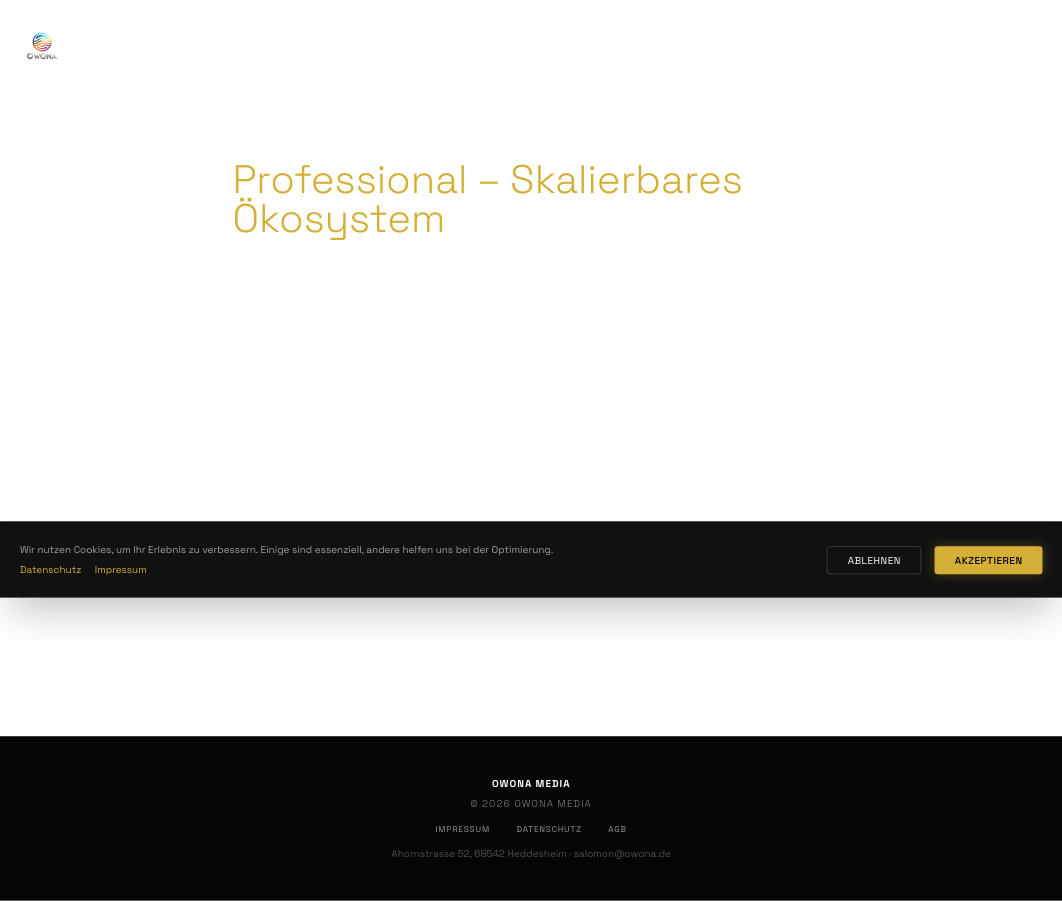
Repository: OwonaMedia/OMedia
Page: /produkte/pro
These files come from the project's save history. The page is drawn as it stood at one moment and after the next save; the edit follows.
The browser window is 1280 px wide. The pictures show the whole page, at 83% of full size.
The project was rebuilt for these pictures with package versions that can differ from the ones it lists, and the page was loaded fresh each time. Also part of the build but not shown: src/pages/Home.tsx, src/pages/Login.tsx, src/pages/dashboard/Overview.tsx, src/pages/dashboard/Projects.tsx, src/pages/dashboard/Invoices.tsx, src/pages/dashboard/Files.tsx, src/pages/dashboard/Settings.tsx, src/pages/Dashboard.tsx and 7 more. Imported but missing from the stored project, and not drawn on this page: src/pages/legal/AGB, src/pages/legal/Datenschutz, src/pages/legal/Impressum.

Above is the page before, as saved 2026-01-20 18:04:28.

### index.html
<!doctype html>
<html lang="de">
  <head>
    <meta charset="UTF-8" />
    <meta name="viewport" content="width=device-width, initial-scale=1.0" />
    <title>Owona Media</title>
    <meta name="description" content="Owona Media - Webentwicklung & Digital Solutions">
    <link rel="icon" type="image/png" href="/src/assets/favcon.png" />
    <link href="https://fonts.googleapis.com/css2?family=Space+Grotesk:wght@300;400;500;600;700&display=swap" rel="stylesheet">
  </head>
  <body>
    <div id="root"></div>
    <script type="module" src="/src/main.tsx"></script>
  </body>
</html>

### src/main.tsx

import React from 'react'
import ReactDOM from 'react-dom/client'
import { BrowserRouter } from 'react-router-dom'
import App from './App'
import './index.css'
import { TranslationProvider } from './TranslationContext';

ReactDOM.createRoot(document.getElementById('root')!).render(
  <React.StrictMode>
    <TranslationProvider>
      <BrowserRouter>
        <App />
      </BrowserRouter>
    </TranslationProvider>
  </React.StrictMode>,
)

### src/App.tsx
import { Routes, Route, useLocation } from 'react-router-dom';
import { useEffect } from 'react';
import Layout from './components/layout/Layout';
import Home from './pages/Home';
import Impressum from './pages/legal/Impressum';
import Datenschutz from './pages/legal/Datenschutz';
import AGB from './pages/legal/AGB';
import Login from './pages/Login';
import Dashboard from './pages/Dashboard';
import Produkte from './pages/Produkte';
import ProductStarter from './pages/ProductStarter';
import ProductPro from './pages/ProductPro';
import ProductEnterprise from './pages/ProductEnterprise';
import Abo from './pages/Abo';
import Ueber from './pages/Ueber';
import Kontakt from './pages/Kontakt';
import Blog from './pages/Blog';
import { TranslationProvider } from './TranslationContext';

function ScrollToTop() {
  const { pathname } = useLocation();
  useEffect(() => {
    window.scrollTo(0, 0);
  }, [pathname]);
  return null;
}

export default function App() {
  const location = useLocation();
  // Dashboard gets its own layout, all others use Layout
  const isDashboard = location.pathname.startsWith('/dashboard');

  return (
    <TranslationProvider>
      <ScrollToTop />
      <Routes>
        {/* All main pages wrapped in Layout for consistent Header/Footer/CookieBanner */}
        <Route path="/" element={<Layout><Home /></Layout>} />
        <Route path="/impressum" element={<Impressum />} />
        <Route path="/datenschutz" element={<Datenschutz />} />
        <Route path="/agb" element={<AGB />} />
        <Route path="/produkte" element={<Layout darkBg={false}><Produkte /></Layout>} />
        <Route path="/produkte/starter" element={<Layout darkBg={false}><ProductStarter /></Layout>} />
        <Route path="/produkte/pro" element={<Layout darkBg={false}><ProductPro /></Layout>} />
        <Route path="/produkte/enterprise" element={<Layout darkBg={false}><ProductEnterprise /></Layout>} />
        <Route path="/abo" element={<Layout darkBg={false}><Abo /></Layout>} />
        <Route path="/ueber" element={<Layout darkBg={false}><Ueber /></Layout>} />
        <Route path="/kontakt" element={<Layout darkBg={false}><Kontakt /></Layout>} />
        <Route path="/blog" element={<Layout darkBg={false}><Blog /></Layout>} />
        {/* Login and Dashboard can use their own layout or be standalone */}
        <Route path="/login" element={<Login />} />
        <Route path="/dashboard/*" element={<Layout darkBg={false}><Dashboard /></Layout>} />
      </Routes>
    </TranslationProvider>
  );
}

### src/index.css
@import "tailwindcss";


html {
  scroll-behavior: smooth;
}

body {
  background: #000;
  overflow-x: hidden;
  font-family: 'Space Grotesk', sans-serif;
}

/* Custom Cursor */
.cursor-custom {
  width: 20px;
  height: 20px;
  border: 1px solid rgba(212, 175, 55, 0.5);
  border-radius: 50%;
  position: fixed;
  pointer-events: none;
  z-index: 9999;
  transition: transform 0.1s ease, width 0.3s ease, height 0.3s ease;
  mix-blend-mode: difference;
  transform: translate(-50%, -50%);
}

/* Stars Background */
.stars {
  position: fixed;
  inset: 0;
  pointer-events: none;
  background-image:
    radial-gradient(1px 1px at 20px 30px, rgba(255,255,255,0.2), transparent),
    radial-gradient(1.5px 1.5px at 100px 100px, rgba(212, 175, 55, 0.1), transparent),
    radial-gradient(1px 1px at 200px 300px, rgba(255,255,255,0.1), transparent);
  background-size: 400px 400px;
  opacity: 0.5;
}

/* Hamburger Button */
.hamburger {
  position: fixed;
  top: 24px;
  right: 32px;
  z-index: 120;
  display: flex;
  flex-direction: column;
  justify-content: space-between;
  width: 32px;
  height: 24px;
  cursor: pointer !important;
  transition: transform 0.3s;
}

.hamburger span {
  display: block;
  height: 4px;
  width: 100%;
  background: white;
  border-radius: 2px;
  transition: all 0.3s ease;
  transform-origin: center;
}

.hamburger.active span:nth-child(1) {
  transform: translateY(10px) rotate(45deg);
}

.hamburger.active span:nth-child(2) {
  opacity: 0;
}

.hamburger.active span:nth-child(3) {
  transform: translateY(-10px) rotate(-45deg);
}

/* Menu Overlay */
.menu-overlay {
  position: fixed;
  inset: 0;
  background: rgba(0, 0, 0, 0.7);
  backdrop-filter: blur(4px);
  z-index: 110;
  opacity: 0;
  pointer-events: none;
  transition: opacity 0.3s;
}

.menu-overlay.show {
  opacity: 1;
  pointer-events: auto;
}

/* Sidebar Menu */
.sidebar-menu {
  position: fixed;
  top: 16px;
  right: 16px;
  width: auto;
  min-width: 250px;
  max-width: 320px;
  background: #111;
  z-index: 130;
  padding: 32px;
  transform: translateX(calc(100% + 20px));
  transition: transform 0.3s ease;
  border-radius: 12px;
  border: 1px solid rgba(255, 255, 255, 0.1);
  box-shadow: 0 8px 32px rgba(0, 0, 0, 0.5);
}

.sidebar-menu.open {
  transform: translateX(0);
}

/* Reveal animations */
.reveal {
  opacity: 0;
  transform: translateY(40px);
  transition: all 1.2s cubic-bezier(0.16, 1, 0.3, 1);
}

.reveal.visible {
  opacity: 1;
  transform: translateY(0);
}

/* Product Card */
.product-card {
  background: rgba(255,255,255,0.01);
  border: 1px solid rgba(255,255,255,0.05);
  transition: all 0.6s cubic-bezier(0.16, 1, 0.3, 1);
  position: relative;
  overflow: hidden;
}

.product-card:hover {
  border-color: rgba(212, 175, 55, 0.3);
  background: rgba(212, 175, 55, 0.02);
  transform: translateY(-5px);
}

/* Detail Overlay */
.detail-overlay {
  position: fixed;
  inset: 0;
  background: #000;
  z-index: 100;
  opacity: 0;
  transition: opacity 0.5s ease;
  overflow-y: auto;
  padding: 4rem 2rem;
  pointer-events: none;
}

.detail-overlay.active {
  opacity: 1;
  pointer-events: auto;
}

/* Scrollbar */
::-webkit-scrollbar { width: 3px; }
::-webkit-scrollbar-track { background: #000; }
::-webkit-scrollbar-thumb { background: #D4AF37; }

### src/TranslationContext.tsx
import React, { createContext, useContext, useState, useEffect, ReactNode } from 'react';
import { translations } from './translations';

type Language = 'de' | 'en' | 'fr' | 'sw';

interface TranslationContextProps {
  lang: Language;
  setLang: (lang: Language) => void;
  t: (key: string) => string;
}

const TranslationContext = createContext<TranslationContextProps | undefined>(undefined);

export const TranslationProvider = ({ children }: { children: ReactNode }) => {
  const [lang, setLangState] = useState<Language>(() => {
    const stored = localStorage.getItem('lang') as Language;
    return stored || 'de';
  });

  useEffect(() => {
    localStorage.setItem('lang', lang);
  }, [lang]);


  const setLang = (newLang: Language) => {
    if (['de', 'en', 'fr', 'sw'].includes(newLang)) {
      setLangState(newLang);
    } else {
      console.warn(`Unknown language: ${newLang}`);
    }
  }

  const t = (key: string) => {
    console.log(`t() aufgerufen mit Key: '${key}', Sprache: '${lang}'`);
    const dict = translations[lang] || {};
    console.log('Verfügbare Keys für aktuelle Sprache:', Object.keys(dict));
    if (dict[key]) return dict[key];
    // Kein Fallback, sondern Key anzeigen
    console.warn(`Key '${key}' nicht gefunden in Sprache '${lang}'.`);
    return key;
  }

  return (
    <TranslationContext.Provider value={{ lang, setLang, t }}>
      {children}
    </TranslationContext.Provider>
  );
};

export function useTranslation() {
  const context = useContext(TranslationContext);
  if (!context) {
    throw new Error('useTranslation must be used within a TranslationProvider');
  }
  return context;
}

### src/components/layout/Layout.tsx
import { ReactNode } from 'react';
import Header from './Header';
import Footer from './Footer';
import CookieBanner from './CookieBanner';
import CustomCursor from '../ui/CustomCursor';

interface LayoutProps {
  children: ReactNode;
  darkBg?: boolean; // true = schwarzer Hintergrund (Hauptseite), false = weißer Hintergrund
}

export default function Layout({ children, darkBg = true }: LayoutProps) {
  return (
    <div className={darkBg ? 'bg-black text-white' : 'bg-white text-black'}>
      {/* Sterne-Hintergrund nur auf dunklen Seiten */}
      {darkBg && <div className="stars" />}

      <Header />
      <CustomCursor />

      <main className="min-h-screen pt-24">
        {children}
      </main>

      <footer className="px-8 py-12 border-t border-white/5 bg-[#050505] text-white text-xs text-center">
        <div className="mb-2 font-bold tracking-widest uppercase">Owona Media</div>
        <div className="mb-4 text-white/40 tracking-widest uppercase">© {new Date().getFullYear()} Owona Media</div>
        <div className="flex flex-wrap justify-center gap-8 text-[10px] tracking-widest uppercase text-white/60 mb-4">
          <a href="/impressum" className="hover:text-[#D4AF37] transition-colors">Impressum</a>
          <a href="/datenschutz" className="hover:text-[#D4AF37] transition-colors">Datenschutz</a>
          <a href="/agb" className="hover:text-[#D4AF37] transition-colors">AGB</a>
        </div>
        <div className="text-white/30">Ahornstrasse 52, 68542 Heddesheim · salomon@owona.de</div>
      </footer>
      <CookieBanner />
    </div>
  );
}

### src/pages/ProductPro.tsx
import { useTranslation } from '../TranslationContext';

export default function ProductPro() {
  const { t } = useTranslation();
  return (
    <div className="max-w-3xl mx-auto py-24 px-6">
      <h1 className="text-5xl font-light mb-8 text-[#D4AF37]">{t('product.pro.detail.title')}</h1>
      <div className="text-white/80 text-lg leading-relaxed space-y-6">
        <p>{t('product.pro.detail.target')}</p>
        <p>{t('product.pro.detail.features')}</p>
        <p>{t('product.pro.detail.benefits')}</p>
        <p>{t('product.pro.detail.tech')}</p>
        <p>{t('product.pro.detail.service')}</p>
        <p>{t('product.pro.detail.addons')}</p>
      </div>
    </div>
  );
}

### src/components/layout/Header.tsx

import { useState, useEffect } from 'react';
import { Link } from 'react-router-dom';
import { useTranslation } from '../../TranslationContext';
import LogoO from '../LogoO';

export default function Header() {
  const { t, lang, setLang } = useTranslation();
  const [isOpen, setIsOpen] = useState(false);
  const [scrolled, setScrolled] = useState(false);

  // Scroll effect
  useEffect(() => {
    const handleScroll = () => setScrolled(window.scrollY > 50);
    window.addEventListener('scroll', handleScroll);
    return () => window.removeEventListener('scroll', handleScroll);
  }, []);

  // Lock body scroll when menu open
  useEffect(() => {
    if (isOpen) document.body.style.overflow = 'hidden';
    else document.body.style.overflow = '';
  }, [isOpen]);

  const toggleMenu = () => setIsOpen(!isOpen);
  const closeMenu = () => setIsOpen(false);

  return (
    <>
      <header className={`fixed top-0 left-0 right-0 z-[100] transition-all duration-500 ${scrolled ? 'py-4 bg-black/80 backdrop-blur-md border-b border-white/5' : 'py-8'}`}>
        <div className="max-w-[1800px] mx-auto px-8 flex justify-between items-center">
          <Link to="/" className="text-white hover:text-white/80 transition-all text-xl md:text-2xl font-light tracking-[0.4em] z-[120] flex items-center gap-1" onClick={closeMenu}>
            <span className="inline-block align-middle" style={{ width: '1.5em', height: '1.5em' }}>
              <LogoO className="w-[1.5em] h-[1.5em] object-contain inline-block align-middle" style={{ minWidth: 37, minHeight: 37, maxWidth: 48, maxHeight: 48, transform: 'scale(1.5)' }} />
            </span>
            <span className="inline-block align-middle ml-3 tracking-[0.4em] text-[1.5em]">MEDIA</span>
          </Link>
          {/* Hamburger Icon */}
          <div
            id="hamburger"
            onClick={toggleMenu}
            className={`z-[120] flex flex-col justify-between w-8 h-6 cursor-pointer group ${isOpen ? 'active' : ''}`}
          >
            <span className={`block h-0.5 w-full bg-white rounded transition-all duration-300 ${isOpen ? 'translate-y-[11px] rotate-45' : 'group-hover:w-2/3 ml-auto'}`}></span>
            <span className={`block h-0.5 w-full bg-white rounded transition-all duration-300 ${isOpen ? 'opacity-0' : ''}`}></span>
            <span className={`block h-0.5 w-full bg-white rounded transition-all duration-300 ${isOpen ? '-translate-y-[11px] -rotate-45' : 'group-hover:w-1/2 ml-auto'}`}></span>
          </div>
        </div>
      </header>

      {/* Overlay */}
      <div
        className={`fixed inset-0 bg-black/90 backdrop-blur-sm z-[110] transition-opacity duration-500 ${isOpen ? 'opacity-100 visible' : 'opacity-0 invisible'}`}
        onClick={closeMenu}
      />

      {/* Sidebar Menu */}
      <nav
        className={`fixed top-0 right-0 w-full md:max-w-md h-full bg-[#0a0a0a] z-[115] flex flex-col p-12 md:p-20 gap-8 transition-transform duration-500 border-l border-white/10 ${isOpen ? 'translate-x-0' : 'translate-x-full'}`}
      >
        <div className="mt-20 flex flex-col gap-6">
          {/* Hauptnavigation */}
          <div className="flex flex-col gap-4 mb-4 border-b border-white/10 pb-8">
              <Link to="/produkte" onClick={closeMenu} className="text-white/80 text-lg tracking-widest transition-colors hover:text-[#D4AF37]">{t('menu.products')}</Link>
              <Link to="/abo" onClick={closeMenu} className="text-white/80 text-lg tracking-widest transition-colors hover:text-[#D4AF37]">{t('menu.subscriptions')}</Link>
              <Link to="/ueber" onClick={closeMenu} className="text-white/80 text-lg tracking-widest transition-colors hover:text-[#D4AF37]">{t('menu.about')}</Link>
              <Link to="/kontakt" onClick={closeMenu} className="text-white/80 text-lg tracking-widest transition-colors hover:text-[#D4AF37]">{t('menu.contact')}</Link>
          </div>

          {/* Language Switcher */}
          <div className="mb-8">
            <div className="text-[10px] text-white/30 uppercase tracking-widest mb-4">Sprache / Language</div>
            <div className="flex flex-wrap gap-2">
              {['sw', 'de', 'en', 'fr'].map((l) => (
                <button
                  key={l}
                  onClick={() => setLang(l as any)}
                  className={`px-4 py-2 text-xs border rounded transition-all uppercase ${
                    lang === l
                      ? 'border-[#D4AF37] text-[#D4AF37] bg-[#D4AF37]/10'
                      : 'border-white/20 text-white/60 hover:border-white hover:text-white'
                  }`}
                >
                  {l.toUpperCase()}
                </button>
              ))}
            </div>
          </div>



          <div className="mt-auto pt-8">
            <Link to="/login" onClick={closeMenu} className="inline-flex items-center gap-2 text-sm tracking-widest text-white/50 hover:text-white transition-colors border border-white/10 px-6 py-3 rounded hover:border-[#D4AF37]">
              <span>🔒</span> {t('menu.dashboard')}
            </Link>
          </div>
        </div>
      </nav>
    </>
  );
}

### src/components/layout/CookieBanner.tsx

import { useState, useEffect } from 'react';
import { useTranslation } from '../../TranslationContext';

export default function CookieBanner() {
  const { t } = useTranslation();
  const [show, setShow] = useState(false);

  useEffect(() => {
    const consent = localStorage.getItem('cookie-consent');
    if (!consent) {
      // Kurze Verzögerung für nice UX
      const timer = setTimeout(() => setShow(true), 1000);
      return () => clearTimeout(timer);
    }
  }, []);

  const handleAccept = () => {
    localStorage.setItem('cookie-consent', 'accepted');
    setShow(false);
  };

  const handleDecline = () => {
    localStorage.setItem('cookie-consent', 'declined');
    setShow(false);
  };

  if (!show) return null;

  return (
    <div className="fixed bottom-0 left-0 right-0 z-[200] p-4 md:p-6 bg-[#111] border-t border-white/10 shadow-2xl animate-in slide-in-from-bottom-10 fade-in duration-500">
      <div className="max-w-7xl mx-auto flex flex-col md:flex-row items-center justify-between gap-6">
        <div className="text-xs text-white/60 leading-relaxed max-w-3xl">
          <p>
            {t('cookie.text') || "Wir nutzen Cookies, um Ihr Erlebnis auf unserer Website zu verbessern. Einige sind essenziell, andere helfen uns, diese Website und Ihre Erfahrung zu optimieren."}
          </p>
          <div className="mt-1">
            <a href="/datenschutz" className="text-[#D4AF37] hover:underline mr-4">{t('footer.privacy')}</a>
            <a href="/impressum" className="text-[#D4AF37] hover:underline">{t('footer.impressum')}</a>
          </div>
        </div>
        <div className="flex gap-4 shrink-0">
          <button
            onClick={handleDecline}
            className="px-6 py-2 border border-white/20 rounded text-xs text-white hover:bg-white/5 transition-colors uppercase tracking-wider"
          >
            {t('cookie.decline') || "Ablehnen"}
          </button>
          <button
            onClick={handleAccept}
            className="px-6 py-2 bg-[#D4AF37] text-black font-medium rounded text-xs hover:bg-[#b5952f] transition-colors uppercase tracking-wider shadow-[0_0_15px_rgba(212,175,55,0.3)]"
          >
            {t('cookie.accept') || "Akzeptieren"}
          </button>
        </div>
      </div>
    </div>
  );
}

### src/components/ui/CustomCursor.tsx
import { useEffect, useRef } from 'react';

export default function CustomCursor() {
  const cursorRef = useRef<HTMLDivElement>(null);

  useEffect(() => {
    const cursor = cursorRef.current;
    if (!cursor) return;

    const handleMouseMove = (e: MouseEvent) => {
      cursor.style.left = `${e.clientX}px`;
      cursor.style.top = `${e.clientY}px`;
    };

    document.addEventListener('mousemove', handleMouseMove);
    return () => document.removeEventListener('mousemove', handleMouseMove);
  }, []);

  return <div ref={cursorRef} className="cursor-custom" style={{left: '-20px', top: '-20px'}} />;
}

### src/components/LogoO.tsx
import React from 'react';
import logo from '../assets/logo.png';

export function LogoO({ className = '', style = {} }) {
  return (
    <img src={logo} alt="Owona Media Logo" className={className} style={style} />
  );
}

export default LogoO;

Loaded but not shown: src/translations.ts (803 lines, source omitted)

After the next save:
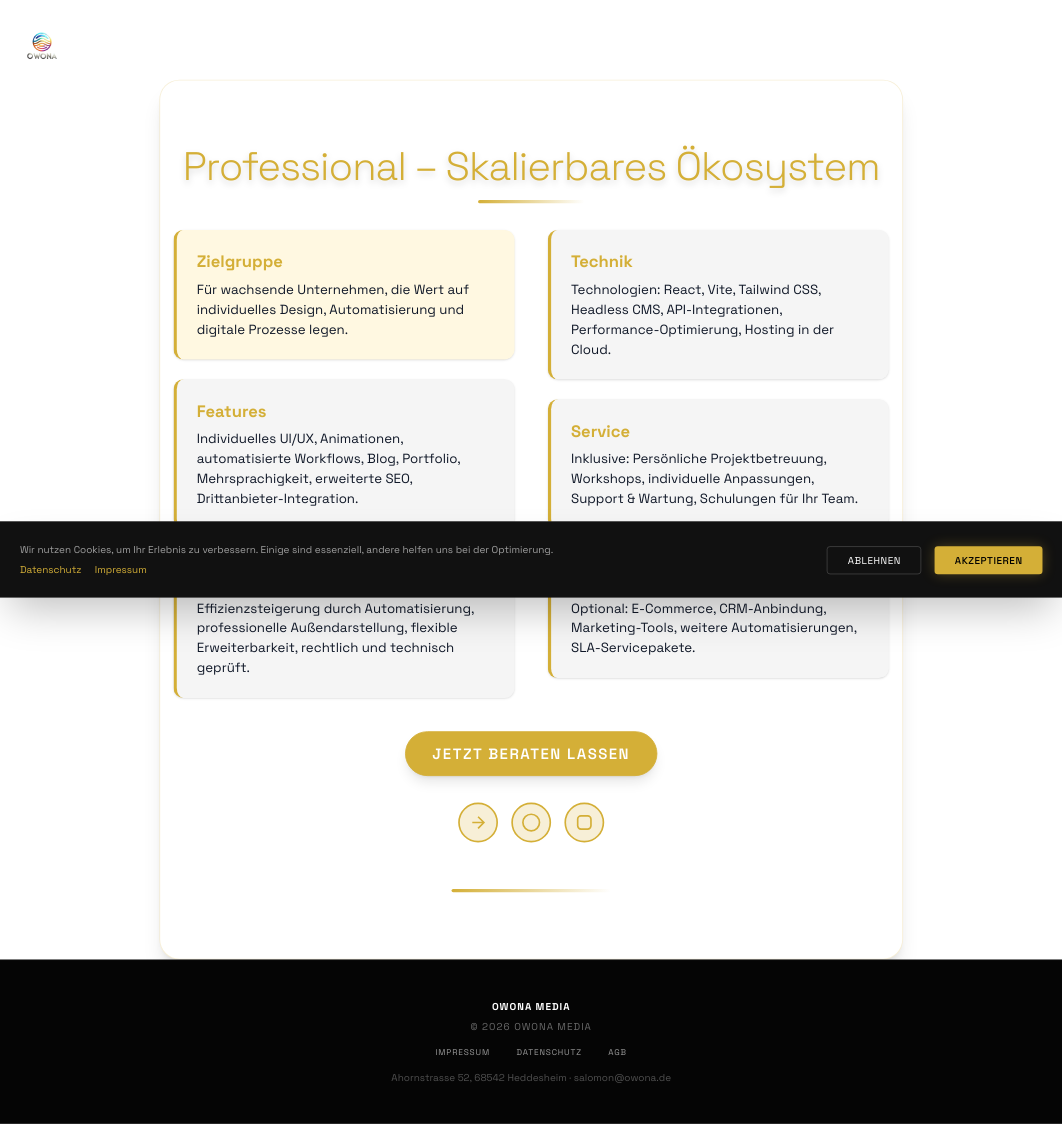
Saved 14 s later.
--- a/src/pages/ProductPro.tsx
+++ b/src/pages/ProductPro.tsx
@@ -1,17 +1,60 @@
+
 import { useTranslation } from '../TranslationContext';
 
 export default function ProductPro() {
   const { t } = useTranslation();
   return (
-    <div className="max-w-3xl mx-auto py-24 px-6">
-      <h1 className="text-5xl font-light mb-8 text-[#D4AF37]">{t('product.pro.detail.title')}</h1>
-      <div className="text-white/80 text-lg leading-relaxed space-y-6">
-        <p>{t('product.pro.detail.target')}</p>
-        <p>{t('product.pro.detail.features')}</p>
-        <p>{t('product.pro.detail.benefits')}</p>
-        <p>{t('product.pro.detail.tech')}</p>
-        <p>{t('product.pro.detail.service')}</p>
-        <p>{t('product.pro.detail.addons')}</p>
+    <div className="max-w-4xl mx-auto py-20 px-4 bg-white rounded-3xl shadow-xl border border-[#D4AF37]/20">
+      <h1 className="text-5xl font-light mb-4 text-[#D4AF37] text-center tracking-tight drop-shadow-lg">{t('product.pro.detail.title')}</h1>
+      <div className="flex justify-center mb-8">
+        <div className="h-1 w-32 bg-gradient-to-r from-[#D4AF37] to-transparent rounded-full" />
+      </div>
+      <div className="grid md:grid-cols-2 gap-10 mb-10">
+        <div className="flex flex-col gap-6">
+          <div className="bg-[#FFF8E1] border-l-4 border-[#D4AF37] p-6 rounded-xl shadow-sm">
+            <h2 className="text-xl font-bold text-[#D4AF37] mb-2">Zielgruppe</h2>
+            <p className="text-gray-900 text-base">{t('product.pro.detail.target')}</p>
+          </div>
+          <div className="bg-[#F5F5F5] border-l-4 border-[#D4AF37] p-6 rounded-xl shadow-sm">
+            <h2 className="text-xl font-bold text-[#D4AF37] mb-2">Features</h2>
+            <p className="text-gray-900 text-base">{t('product.pro.detail.features')}</p>
+          </div>
+          <div className="bg-[#F5F5F5] border-l-4 border-[#D4AF37] p-6 rounded-xl shadow-sm">
+            <h2 className="text-xl font-bold text-[#D4AF37] mb-2">Vorteile</h2>
+            <p className="text-gray-900 text-base">{t('product.pro.detail.benefits')}</p>
+          </div>
+        </div>
+        <div className="flex flex-col gap-6">
+          <div className="bg-[#F5F5F5] border-l-4 border-[#D4AF37] p-6 rounded-xl shadow-sm">
+            <h2 className="text-xl font-bold text-[#D4AF37] mb-2">Technik</h2>
+            <p className="text-gray-900 text-base">{t('product.pro.detail.tech')}</p>
+          </div>
+          <div className="bg-[#F5F5F5] border-l-4 border-[#D4AF37] p-6 rounded-xl shadow-sm">
+            <h2 className="text-xl font-bold text-[#D4AF37] mb-2">Service</h2>
+            <p className="text-gray-900 text-base">{t('product.pro.detail.service')}</p>
+          </div>
+          <div className="bg-[#F5F5F5] border-l-4 border-[#D4AF37] p-6 rounded-xl shadow-sm">
+            <h2 className="text-xl font-bold text-[#D4AF37] mb-2">Add-ons</h2>
+            <p className="text-gray-900 text-base">{t('product.pro.detail.addons')}</p>
+          </div>
+        </div>
+      </div>
+      <div className="flex flex-col items-center gap-6 mt-8">
+        <a href="/kontakt" className="px-8 py-3 rounded-full bg-[#D4AF37] text-white font-semibold uppercase tracking-widest text-lg shadow-lg hover:bg-black hover:text-[#D4AF37] border border-[#D4AF37] transition">Jetzt beraten lassen</a>
+        <div className="flex gap-4 mt-2">
+          <div className="w-12 h-12 rounded-full bg-[#D4AF37]/20 flex items-center justify-center border-2 border-[#D4AF37]">
+            <svg width="24" height="24" fill="none" stroke="#D4AF37" strokeWidth="2" viewBox="0 0 24 24"><path d="M5 12h14M12 5l7 7-7 7" /></svg>
+          </div>
+          <div className="w-12 h-12 rounded-full bg-[#D4AF37]/20 flex items-center justify-center border-2 border-[#D4AF37]">
+            <svg width="24" height="24" fill="none" stroke="#D4AF37" strokeWidth="2" viewBox="0 0 24 24"><circle cx="12" cy="12" r="10" /></svg>
+          </div>
+          <div className="w-12 h-12 rounded-full bg-[#D4AF37]/20 flex items-center justify-center border-2 border-[#D4AF37]">
+            <svg width="24" height="24" fill="none" stroke="#D4AF37" strokeWidth="2" viewBox="0 0 24 24"><rect x="4" y="4" width="16" height="16" rx="4" /></svg>
+          </div>
+        </div>
+        <div className="w-full flex justify-center mt-8">
+          <div className="h-1 w-48 bg-gradient-to-r from-[#D4AF37] to-transparent rounded-full" />
+        </div>
       </div>
     </div>
   );
